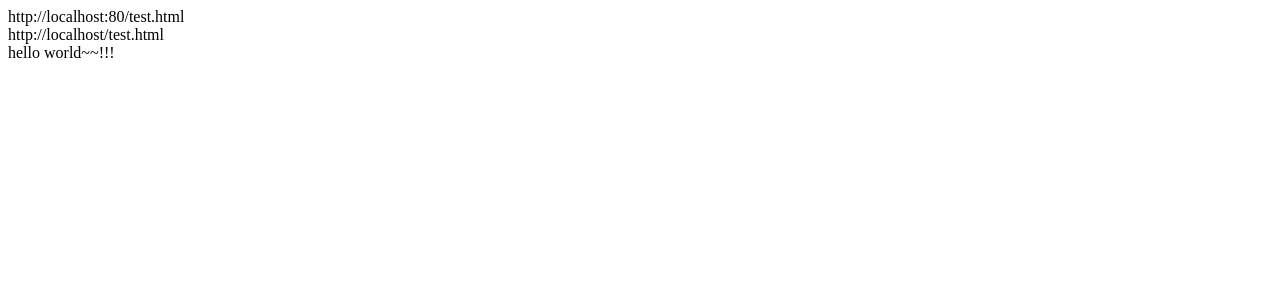
Repository: MinHyeJun/OpenSourceFramework
Page: web_prj/webapp/test.html
The author's editor kept a copy of each file at every save. The page is drawn from the files as they stood at one save, then again after the next save.
The browser window is 1280 px wide. The pictures show the whole page.

Above is the page before, as saved 2018-06-26 01:47:18.

### web_prj/webapp/test.html

<html>
<head>
<meta charset="UTF-8">
<title>Insert title here</title>
</head>
<body>
http://localhost:80/test.html<br>
http://localhost/test.html<br>
hello world~~!!!
</body>
</html>

After the next save:
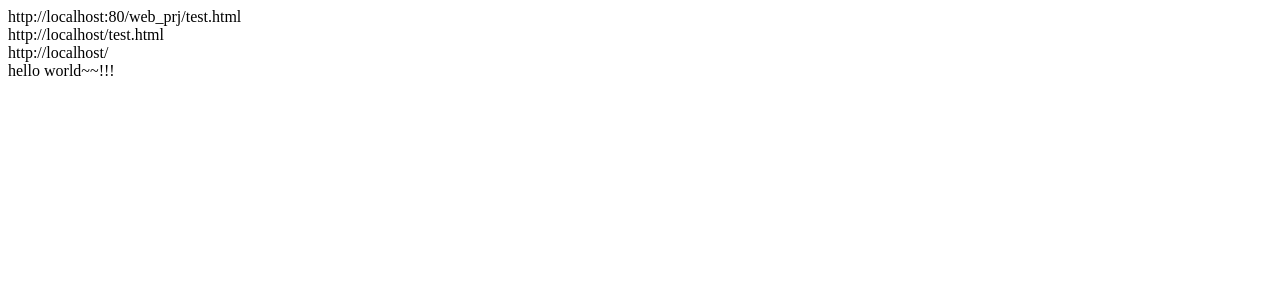
Saved 71 s later.
--- a/web_prj/webapp/test.html
+++ b/web_prj/webapp/test.html
@@ -5,8 +5,9 @@
 <title>Insert title here</title>
 </head>
 <body>
-http://localhost:80/test.html<br>
+http://localhost:80/web_prj/test.html<br>
 http://localhost/test.html<br>
+http://localhost/<br>
 hello world~~!!!
 </body>
 </html>
